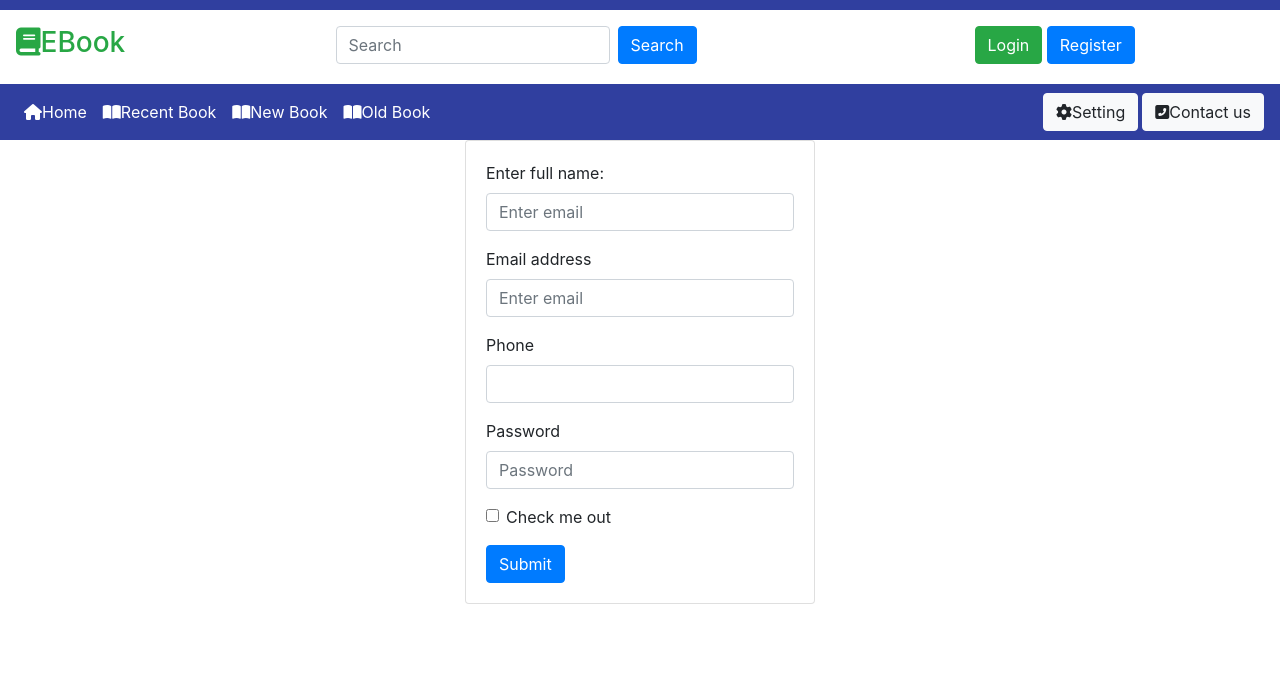
Repository: DaoThanhLam/eProjectKy4
Page: http://localhost/bookma_pro/register.jsp
An editor plug-in stored every save of this project. The page is shown before and after the next save, followed by the edit.
The browser window is 1280 px wide. The pictures show the whole page.
Some web libraries are served in a nearby version. The page is served by Tomcat 9.

Above is the page before, as saved 2024-11-15 15:16:46.

### bookma_pro/src/main/webapp/register.jsp
<%@ page language="java" contentType="text/html; charset=ISO-8859-1"
    pageEncoding="ISO-8859-1"%>
<!DOCTYPE html>
<html>
<head>
<meta charset="ISO-8859-1">
<title>Insert title here</title>
<%@include file="components/css.jsp"%>
</head>
<body>
<%@include file="components/navbar.jsp"%>
<div class="container">
	<div class="row">
		<div class="col-md-4 offset-md-4">
			<div class="card">
				<div class="card-body" >
					<form>
						<div class="form-group">
    						<label for="exampleInputEmail1">Enter full name:</label>
    						<input type="text" class="form-control" id="exampleInputEmail1" aria-describedby="emailHelp" placeholder="Enter email">
  						</div>
  						<div class="form-group">
    						<label for="exampleInputEmail1">Email address</label>
    						<input type="email" class="form-control" id="exampleInputEmail1" aria-describedby="emailHelp" placeholder="Enter email">
  						</div>
  						<div class="form-group">
    						<label for="exampleInputEmail1">Phone</label>
    						<input type="number" class="form-control" id="exampleInputEmail1" aria-describedby="emailHelp">
  						</div>
  						<div class="form-group">
    						<label for="exampleInputPassword1">Password</label>
    						<input type="password" class="form-control" id="exampleInputPassword1" placeholder="Password">
  						</div>
  						<div class="form-group form-check">
    						<input type="checkbox" class="form-check-input" id="exampleCheck1">
    						<label class="form-check-label" for="exampleCheck1">Check me out</label>
  						</div>
  						<button type="submit" class="btn btn-primary">Submit</button>
					</form>
				</div>
			</div>
		</div>
	</div>
</div>





</body>
</html>

### bookma_pro/src/main/webapp/components/css.jsp
<link rel="stylesheet" href="https://cdn.jsdelivr.net/npm/bootstrap@4.3.1/dist/css/bootstrap.min.css" integrity="sha384-ggOyR0iXCbMQv3Xipma34MD+dH/1fQ784/j6cY/iJTQUOhcWr7x9JvoRxT2MZw1T" crossorigin="anonymous">

<script src="https://code.jquery.com/jquery-3.3.1.slim.min.js" integrity="sha384-q8i/X+965DzO0rT7abK41JStQIAqVgRVzpbzo5smXKp4YfRvH+8abtTE1Pi6jizo" crossorigin="anonymous"></script>

<script src="https://cdn.jsdelivr.net/npm/popper.js@1.14.7/dist/umd/popper.min.js" integrity="sha384-UO2eT0CpHqdSJQ6hJty5KVphtPhzWj9WO1clHTMGa3JDZwrnQq4sF86dIHNDz0W1" crossorigin="anonymous"></script>

<script src="https://cdn.jsdelivr.net/npm/bootstrap@4.3.1/dist/js/bootstrap.min.js" integrity="sha384-JjSmVgyd0p3pXB1rRibZUAYoIIy6OrQ6VrjIEaFf/nJGzIxFDsf4x0xIM+B07jRM" crossorigin="anonymous"></script>

<link rel="stylesheet" href="https://cdnjs.cloudflare.com/ajax/libs/font-awesome/6.6.0/css/all.min.css" integrity="sha512-Kc323vGBEqzTmouAECnVceyQqyqdsSiqLQISBL29aUW4U/M7pSPA/gEUZQqv1cwx4OnYxTxve5UMg5GT6L4JJg==" crossorigin="anonymous" referrerpolicy="no-referrer" />

<link rel="stylesheet" href="components/style.css">

### bookma_pro/src/main/webapp/components/navbar.jsp
<div class="container-fluid" style="height: 10px; background-color: #303f9f"></div>

<div class="container-fluid p-3">
	<div class="row" >
		<div class="col-md-3 text-success">
			<h3><i class="fas fa-book"></i>EBook</h3>
		</div>
		<div class="col-md-6">
	  		<form class="form-inline my-2 my-lg-0">
      			<input class="form-control mr-sm-2" type="search" placeholder="Search" aria-label="Search">
      			<button class="btn btn-primary my-2 my-sm-0" type="submit">Search</button>
    		</form>
		</div>

			<div class="col-md-3">
			<a href="" class="btn btn-success">Login</a>
			<a href="register.jsp" class="btn btn-primary text-white">Register</a>
			</div>

	</div>
</div>

<nav class="navbar navbar-expand-lg navbar-dark bg-custom">
  <button class="navbar-toggler" type="button" data-toggle="collapse" data-target="#navbarSupportedContent" aria-controls="navbarSupportedContent" aria-expanded="false" aria-label="Toggle navigation">
    <span class="navbar-toggler-icon"></span>
  </button>

  <div class="collapse navbar-collapse" id="navbarSupportedContent">
    <ul class="navbar-nav mr-auto">
      <li class="nav-item active">
        <a class="nav-link" href="#">
        	<i class="fas fa-home"></i>Home <span class="sr-only">(current)</span>
        </a>
      </li>
      <li class="nav-item active">
        <a class="nav-link" href="#"><i class="fas fa-book-open"></i>Recent Book</a>
      </li>
      <li class="nav-item active">
        <a class="nav-link" href="#"><i class="fas fa-book-open"></i>New Book</a>
      </li>

      <li class="nav-item active">
        <a class="nav-link disabled" href="#" tabindex="-1" aria-disabled="true"><i class="fas fa-book-open"></i>Old Book</a>
      </li>
    </ul>
    <form class="form-inline my-2 my-lg-0">
      <button class="btn btn-light my-2 my-sm-0" type="submit"><i class="fas fa-cog"></i>Setting</button>
      <button class="btn btn-light my-2 my-sm-0 ml-1" type="submit"><i class="fas fa-phone-square-alt"></i>Contact us</button>
    </form>
  </div>
</nav>

### bookma_pro/src/main/webapp/components/style.css
.bg-custom{
	background-color: #303f9f;
}
.navbar .nav-item:hover .nav-link{
	background-color: white;
	color:  #303f9f;
	border-radius: 10px;
}

After the next save:
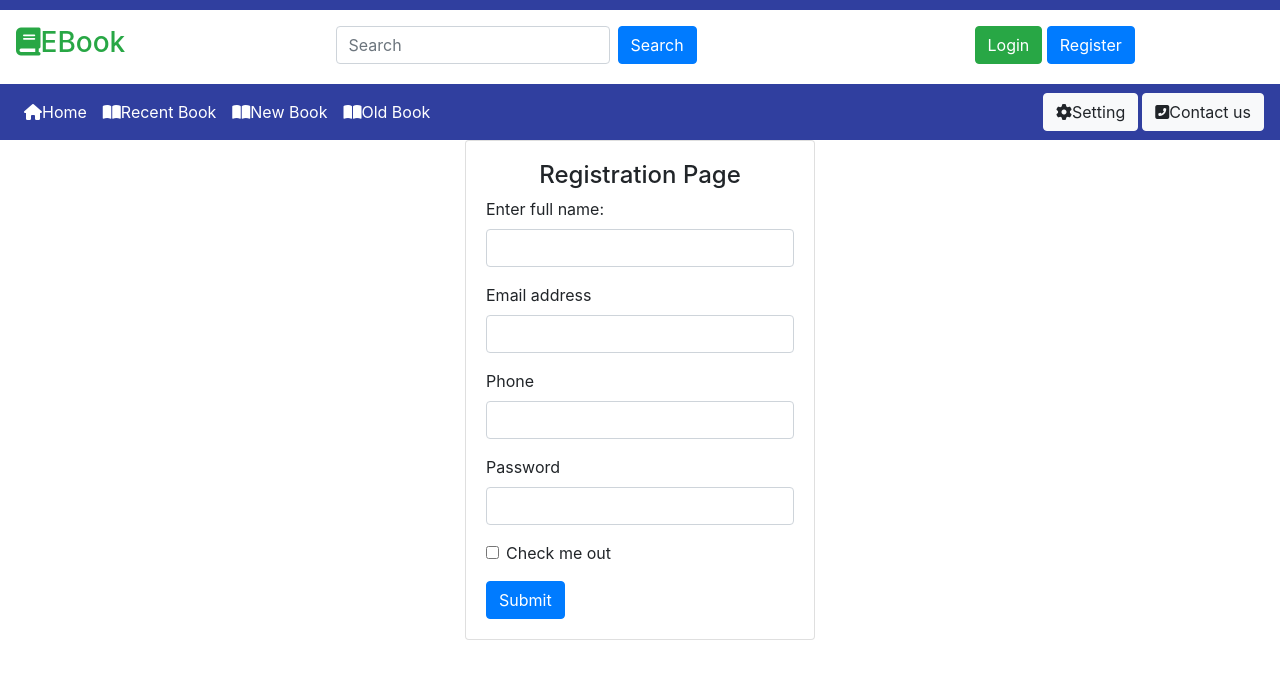
Saved 15 h 17 min later.
--- a/bookma_pro/src/main/webapp/register.jsp
+++ b/bookma_pro/src/main/webapp/register.jsp
@@ -14,14 +14,15 @@
 		<div class="col-md-4 offset-md-4">
 			<div class="card">
 				<div class="card-body" >
+				<h4 class="text-center">Registration Page</h4>
 					<form>
 						<div class="form-group">
     						<label for="exampleInputEmail1">Enter full name:</label>
-    						<input type="text" class="form-control" id="exampleInputEmail1" aria-describedby="emailHelp" placeholder="Enter email">
+    						<input type="text" class="form-control" id="exampleInputEmail1" aria-describedby="emailHelp">
   						</div>
   						<div class="form-group">
     						<label for="exampleInputEmail1">Email address</label>
-    						<input type="email" class="form-control" id="exampleInputEmail1" aria-describedby="emailHelp" placeholder="Enter email">
+    						<input type="email" class="form-control" id="exampleInputEmail1" aria-describedby="emailHelp">
   						</div>
   						<div class="form-group">
     						<label for="exampleInputEmail1">Phone</label>
@@ -29,7 +30,7 @@
   						</div>
   						<div class="form-group">
     						<label for="exampleInputPassword1">Password</label>
-    						<input type="password" class="form-control" id="exampleInputPassword1" placeholder="Password">
+    						<input type="password" class="form-control" id="exampleInputPassword1">
   						</div>
   						<div class="form-group form-check">
     						<input type="checkbox" class="form-check-input" id="exampleCheck1">
